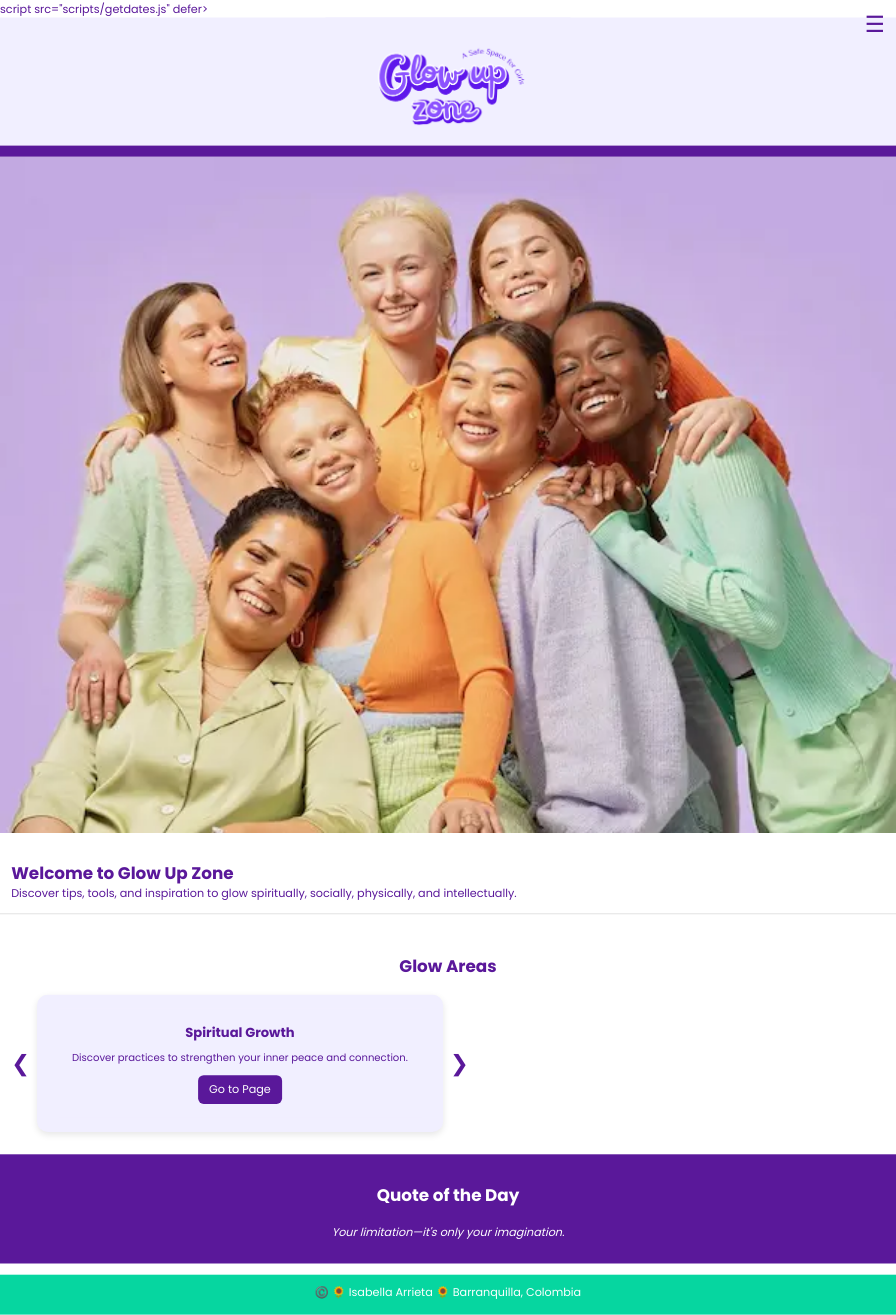
Repository: isaAJ05/wdd131
Page: final-project/final-project.html
An editor plug-in stored every save of this project. The page is shown before and after the next save, followed by the edit.
The browser window is 1280 px wide. The pictures show the whole page, at 70% of full size.

Above is the page before, as saved 2025-08-09 01:42:19.

After the next save:
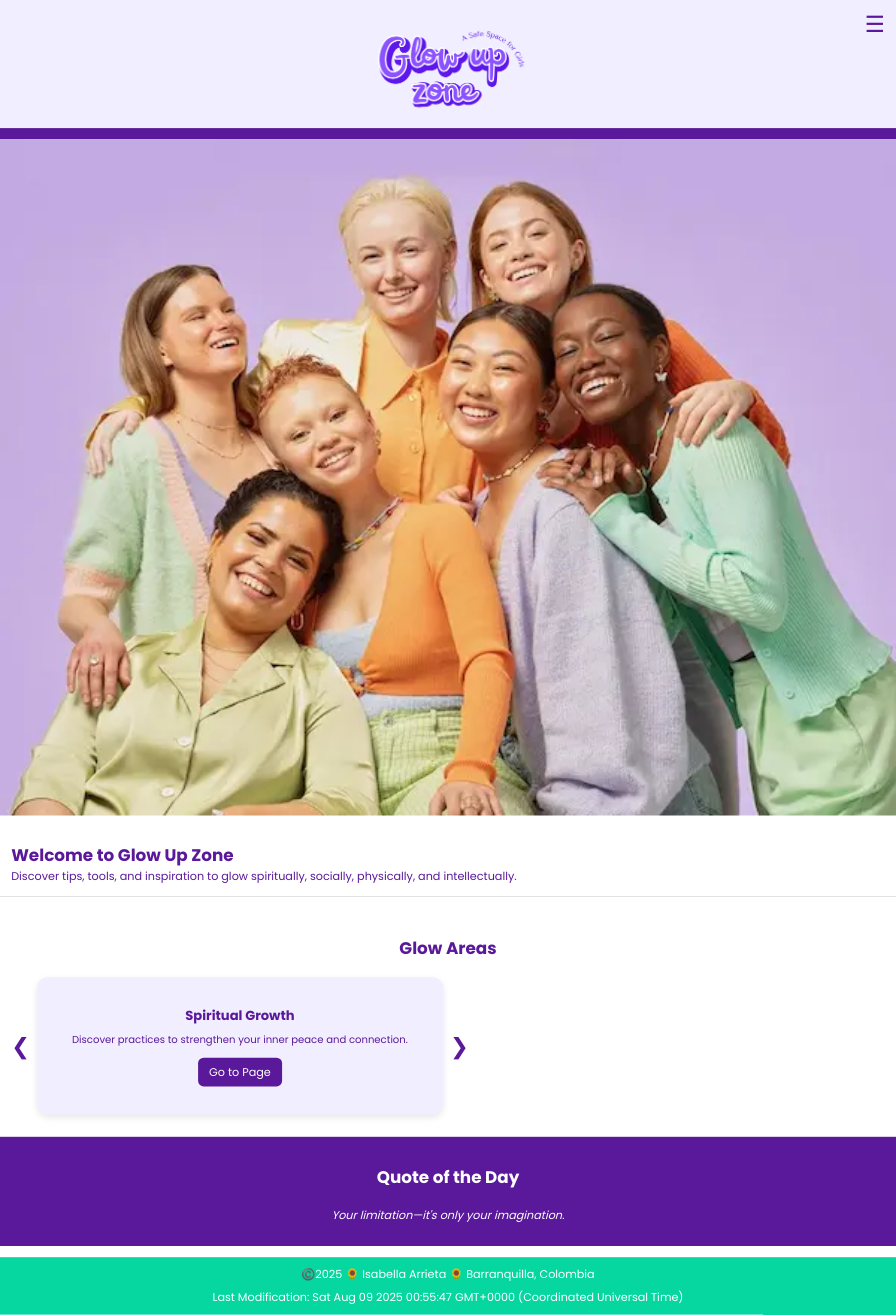
Saved 11 s later.
--- a/final-project/final-project.html
+++ b/final-project/final-project.html
@@ -12,7 +12,7 @@
     <link rel="preconnect" href="https://fonts.gstatic.com" crossorigin>
     <link href="https://fonts.googleapis.com/css2?family=Nunito:wght@300;400;700&family=Poppins:wght@400;600;700&family=Quicksand:wght@400;500;700&display=swap" rel="stylesheet">
     <script src="scripts/final-project.js" defer></script>
-    script src="scripts/getdates.js" defer></script>
+    <script src="scripts/getdates.js" defer></script>
 </head>
 <body>
     <header>
